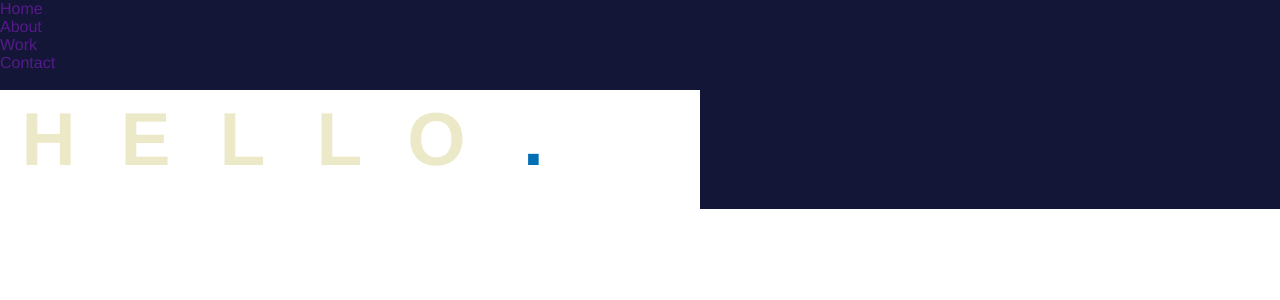
Repository: keloriane/animation-live
Page: /
The author's editor kept a copy of each file at every save. The page is drawn from the files as they stood at one save, then again after the next save.
The browser window is 1280 px wide. The pictures show the whole page.
The project was rebuilt for these pictures with package versions that can differ from the ones it lists, and the page was loaded fresh each time.

Above is the page before, as saved 2020-02-18 10:20:27.

### src/index.css
body {
  margin: 0;
  font-family: 'Helvetica Neue', 'Segoe UI', 'Roboto', 'Oxygen',
    'Ubuntu', 'Cantarell', 'Fira Sans', 'Droid Sans',
    sans-serif;
  -webkit-font-smoothing: antialiased;
  -moz-osx-font-smoothing: grayscale;
}

code {
  font-family: source-code-pro, Menlo, Monaco, Consolas, 'Courier New',
    monospace;
}
*{
  padding: 0;
  margin: 0;
  text-decoration: none;
  box-sizing: border-box;
}

### src/App.js
import React from 'react';
import logo from './logo.svg';
import Home from './views/Home';
import './App.css';

function App() {
  return (
    <div className="App">
     <Home />
    </div>
  );
}

export default App;

### src/views/Home.js
import React,{useEffect, useState} from 'react';
import Nav from './../components/Nav/Nav';
import "./assets/Home.scss";
import gsap,{expo} from 'gsap';

const Home = () => {



    useEffect(()=> {
        const squares = document.querySelectorAll('.square')
        const letter = document.querySelectorAll('.letter-title')
        const titleWrapper = document.querySelector('.title')
        const tl = gsap.timeline()
        tl
        .from(titleWrapper, .6, {x:"-100%",delay:0.5, ease:"expo.inOut"})

        .staggerFrom(letter, .8,{y:100,  ease:"back.inOut(2.9)" },0.1)

    },[])

    return (
        <div id="main-home">
            <Nav/>
            <div className="container">

            <div className="board-animation">
                <div className="wrapper">
                <div className="title">
                    <div className="square">
                        <div className="typo">
                            <h3 className="letter-title">H</h3>
                        </div>
                    </div>
                    <div className="square">
                        <div className="typo">
                            <h3 className="letter-title">E</h3>
                        </div>
                    </div>
                    <div className="square">
                        <div className="typo">
                            <h3 className="letter-title">L</h3>
                        </div>
                    </div>
                    <div className="square">
                        <div className="typo">
                            <h3 className="letter-title">L</h3>
                        </div>
                    </div>
                    <div className="square">
                        <div className="typo">
                            <h3 className="letter-title">O</h3>
                        </div>
                    </div>
                    <div className="square">
                        <div className="typo">
                            <h3 className="dot letter-title">.</h3>
                        </div>
                    </div>
                </div>
                    </div>

            </div>
            </div>



        </div>
    )
}

export default Home

### src/App.css
.App{
  background-color: #131636;
  color: white;
}

### src/components/Nav/Nav.js
import React from 'react'

const Nav = () => {
    return (
        <nav>
            <ul>
                <li> <a href="">Home</a> </li>
                <li> <a href="">About</a> </li>
                <li> <a href="">Work</a> </li>
                <li> <a href="">Contact</a> </li>
                <li> <a href=""> </a> </li>
            </ul>
        </nav>
    )
}

export default Nav

### src/views/assets/Home.scss
.title{
    display: flex;
    background-color: #fff;
    width: 700px;
    .square{
        width: 97px;
        height: 119px;
        background: #FFFFFF;

        .typo{
            overflow: hidden;
            h3{
                font-style: normal;
                font-weight: bold;
                font-size: 75px;
                line-height: 99px;
                text-align: center;
                color: #131636;
                mix-blend-mode: difference;
                &.dot{
                    color: #FD904A;
                }
            }
        }

    }
}
.container{
    width: 1280px;
    margin: 0 auto;
}
.wrapper{
    overflow: hidden;
}
.main-home{
    width: 100vw;
    height:100%;
}

.title-background{
    position: absolute;
    background-color: #fff;
    height: 106px;
    width: 510px;
}

Loaded but not shown: public/index.html (common file); src/index.js (common file); src/serviceWorker.js (common file)

After the next save:
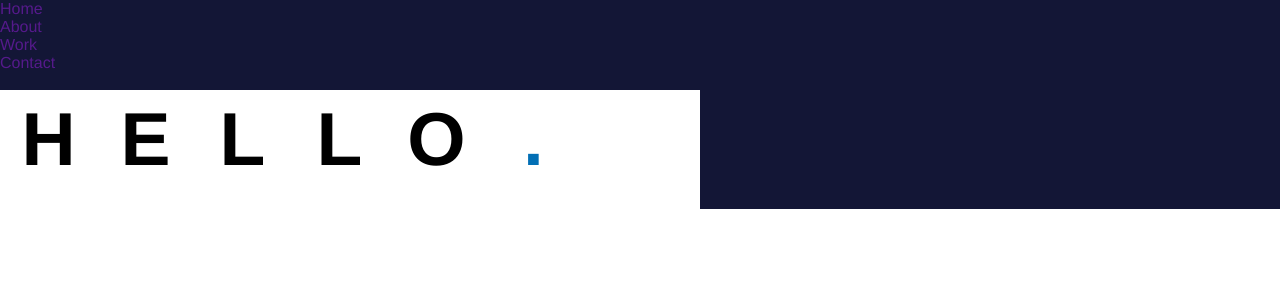
Saved 11 s later.
--- a/src/views/assets/Home.scss
+++ b/src/views/assets/Home.scss
@@ -15,7 +15,7 @@
                 font-size: 75px;
                 line-height: 99px;
                 text-align: center;
-                color: #131636;
+
                 mix-blend-mode: difference;
                 &.dot{
                     color: #FD904A;
